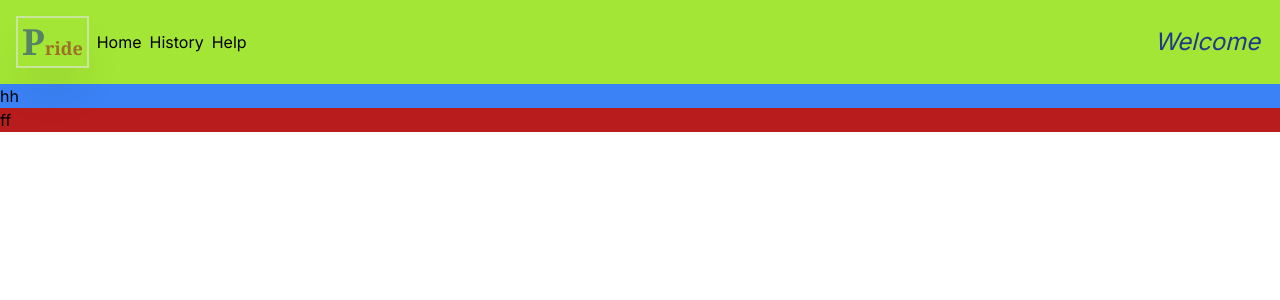
Repository: Semanmernstack/uber-mapbox
Page: /
These files come from the project's save history. The page is drawn as it stood at one moment and after the next save; the edit follows.
The browser window is 1280 px wide. The pictures show the whole page.
The page's requests for data from a server got no answer. The project was rebuilt for these pictures with package versions that can differ from the ones it lists, and the page was loaded fresh each time. Some packages were replaced by stand-ins written for this rebuild. The framework's server and built-in components were replaced by stand-ins that run in the browser. No one was signed in, and anything a server would have sent is missing. Also part of the build but not shown: next.config.js.

Above is the page before, as saved 2023-08-15 06:54:08.

### app/layout.tsx
import './globals.css'
import type { Metadata } from 'next'
import { Inter } from 'next/font/google'
import Nav from './components/Nav'
import { ClerkProvider } from '@clerk/nextjs'

const inter = Inter({ subsets: ['latin'] })

export const metadata: Metadata = {
  title: 'Create Next App',
  description: 'Generated by create next app',
}

export default function RootLayout({
  children,
}: {
  children: React.ReactNode
}) {
  return (
    <ClerkProvider>
      <html lang="en">
        <body className={inter.className}> <Nav/>  {children}</body>
      </html>
    </ClerkProvider>
  )
}

### app/page.tsx
import Image from 'next/image'

export default function Home() {
  return (
    <main className="">
      <div className="grid grid-cols-1 ">
        <div className="bg-blue-500">
          <h1>hh</h1>

        </div>
        <div className=" bg-red-700">
          <h1>ff</h1>
        </div>
      </div>
    </main>
  )
}

### app/components/Nav.tsx
import { UserButton, currentUser } from '@clerk/nextjs'
import React from 'react'

async function Nav() {
    const user = await currentUser()
  return (
    <div className="flex items-center justify-between p-4 bg-lime-400">
        <div className="flex items-center gap-2">

            <h1 className="font-extrabold shadow-2xl border-gray-200 border-2 p-1 font-serif text-2xl md:text-3xl lg:text-4xl animate-pulse text-blue-900">P<span className="text-lg animate-none font-bold text-red-800">ride</span></h1>
            <h2>Home</h2>
            <h2>History</h2>
            <h2>Help</h2>

        </div>
        <div className="flex gap-1 items-center">
            <h1 className="text-2xl text-blue-900 italic">Welcome</h1>
            <h1 className='hidden md:inline-flex'>{user?.firstName}</h1>
            <UserButton/>
        </div>
    </div>
  )
}

export default Nav

Loaded but not shown: app/globals.css (common file); tailwind.config.ts (common file)

After the next save:
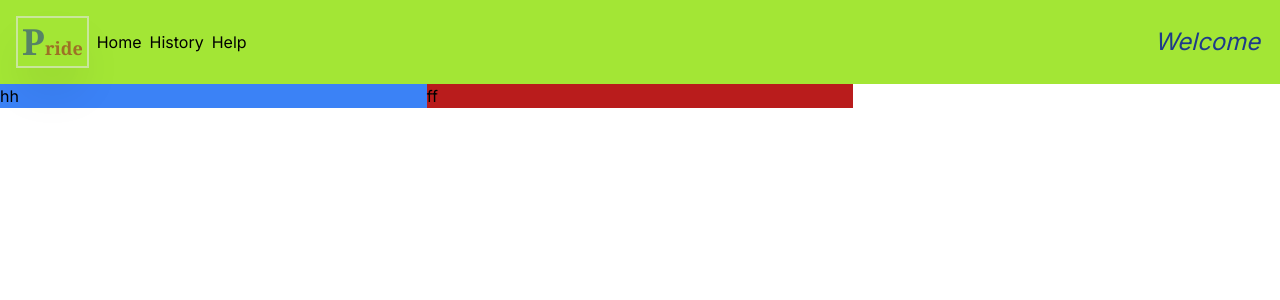
Saved 18 s later.
--- a/app/page.tsx
+++ b/app/page.tsx
@@ -3,7 +3,7 @@
 export default function Home() {
   return (
     <main className="">
-      <div className="grid grid-cols-1 ">
+      <div className="grid grid-cols-1 md:grid-cols-3 ">
         <div className="bg-blue-500">
           <h1>hh</h1>
 
